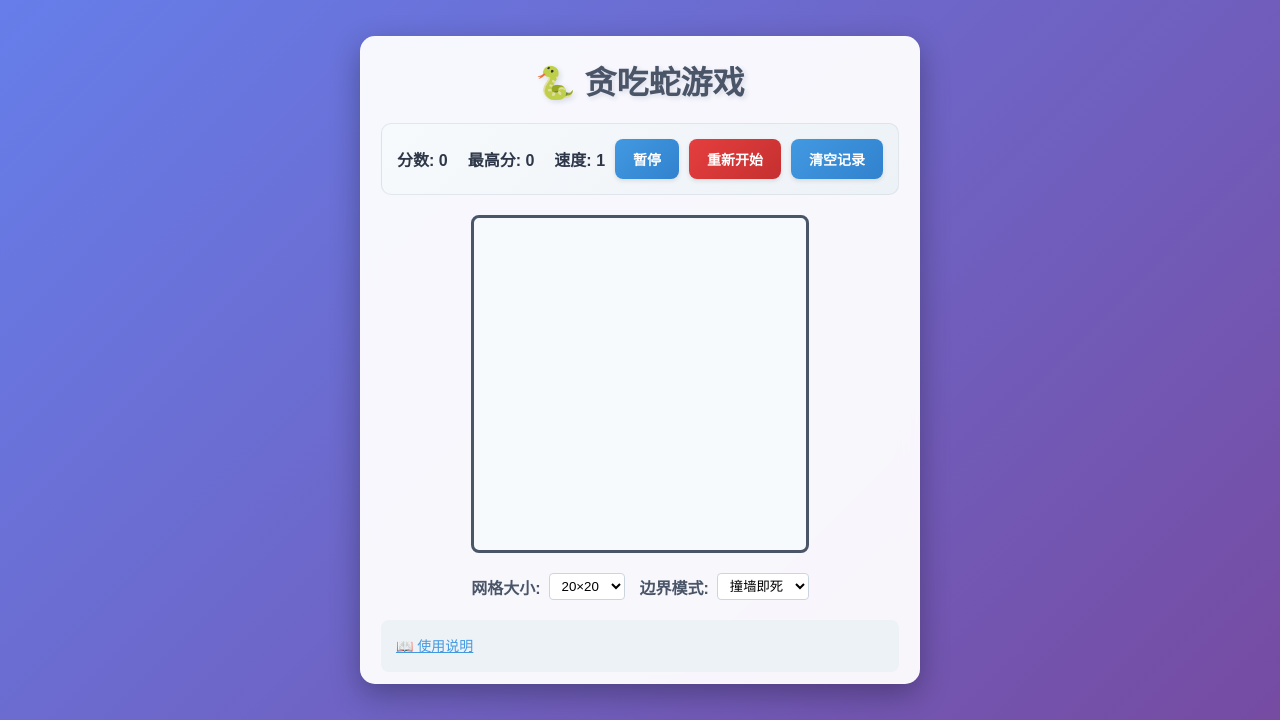
Repository: dawnhe8-ui/snakegame2
Page: index.html
An editor plug-in stored every save of this project. The page is shown before and after the next save, followed by the edit.
The browser window is 1280 px wide. The pictures show the whole page.

Above is the page before, as saved 2025-09-04 22:27:27.

After the next save:
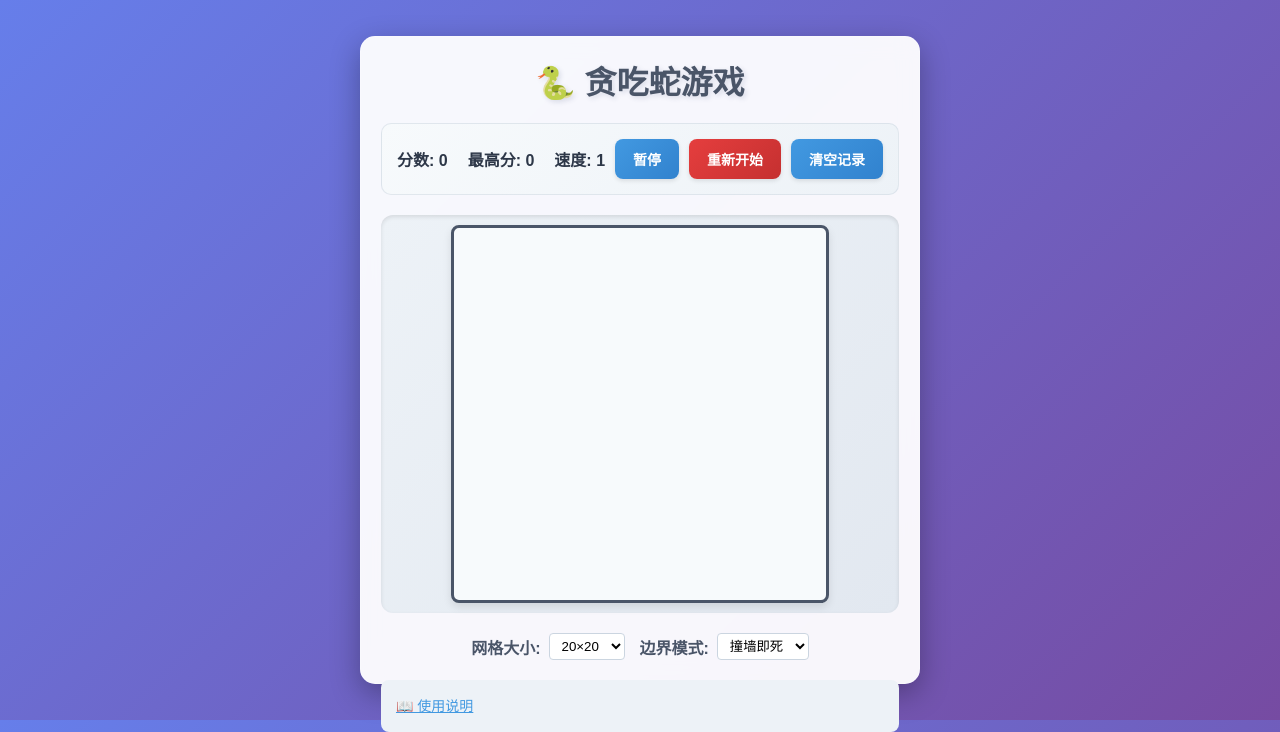
Saved 15 s later.
--- a/index.html
+++ b/index.html
@@ -184,17 +184,56 @@
             background: linear-gradient(135deg, #38a169 0%, #2f855a 100%);
         }
 
+        /* 画布容器样式 */
         .canvas-container {
             position: relative;
             display: flex;
             justify-content: center;
             margin-bottom: 20px;
-        }
-
+            padding: 10px;
+            background: linear-gradient(135deg, #edf2f7 0%, #e2e8f0 100%);
+            border-radius: 12px;
+            box-shadow: inset 0 2px 4px rgba(0, 0, 0, 0.1);
+        }
+
+        /* 游戏画布样式 */
         #gameCanvas {
             border: 3px solid #4a5568;
             border-radius: 8px;
             background: #f7fafc;
+            box-shadow: 0 4px 8px rgba(0, 0, 0, 0.1);
+            transition: all 0.3s ease;
+        }
+
+        #gameCanvas:hover {
+            box-shadow: 0 6px 12px rgba(0, 0, 0, 0.15);
+        }
+
+        /* 游戏状态指示器 */
+        .game-status {
+            position: absolute;
+            top: 15px;
+            left: 15px;
+            padding: 5px 10px;
+            background: rgba(0, 0, 0, 0.7);
+            color: white;
+            border-radius: 15px;
+            font-size: 12px;
+            font-weight: bold;
+            opacity: 0;
+            transition: opacity 0.3s ease;
+        }
+
+        .game-status.show {
+            opacity: 1;
+        }
+
+        .game-status.playing {
+            background: rgba(72, 187, 120, 0.8);
+        }
+
+        .game-status.paused {
+            background: rgba(237, 137, 54, 0.8);
         }
 
         .game-over {
